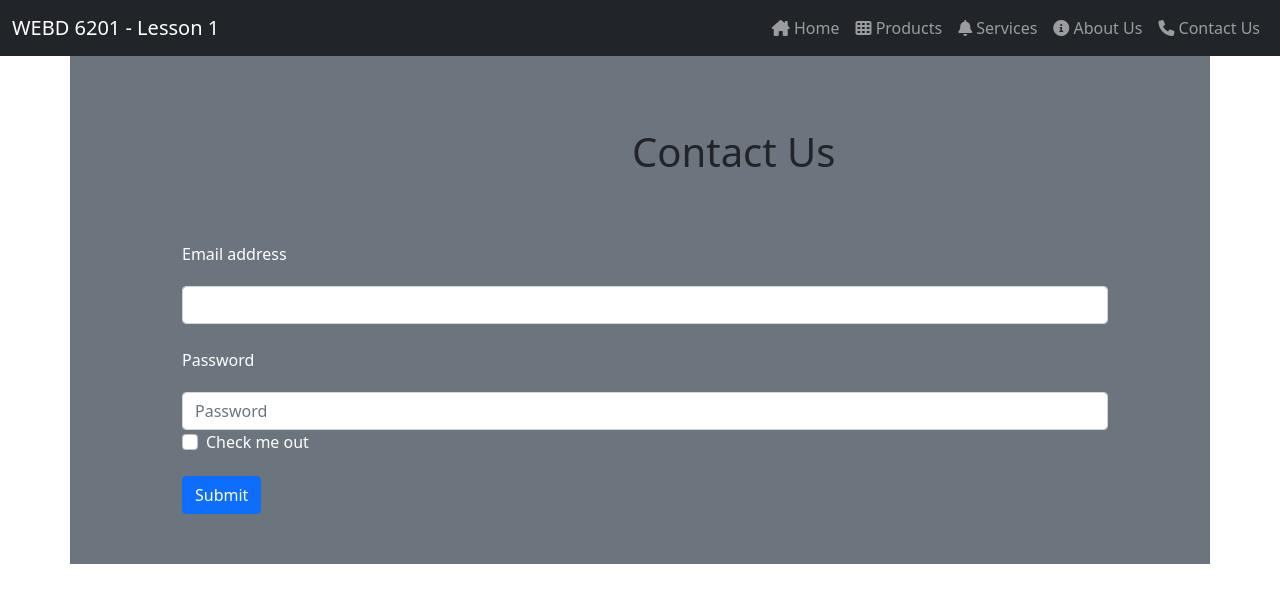
Repository: devanshudave1901/DevanshuDave_AngaranYogeswaranLab2
Page: contact.html
An editor plug-in stored every save of this project. The page is shown before and after the next save, followed by the edit.
The browser window is 1280 px wide. The pictures show the whole page.

Above is the page before, as saved 2022-02-10 12:23:37.

After the next save:
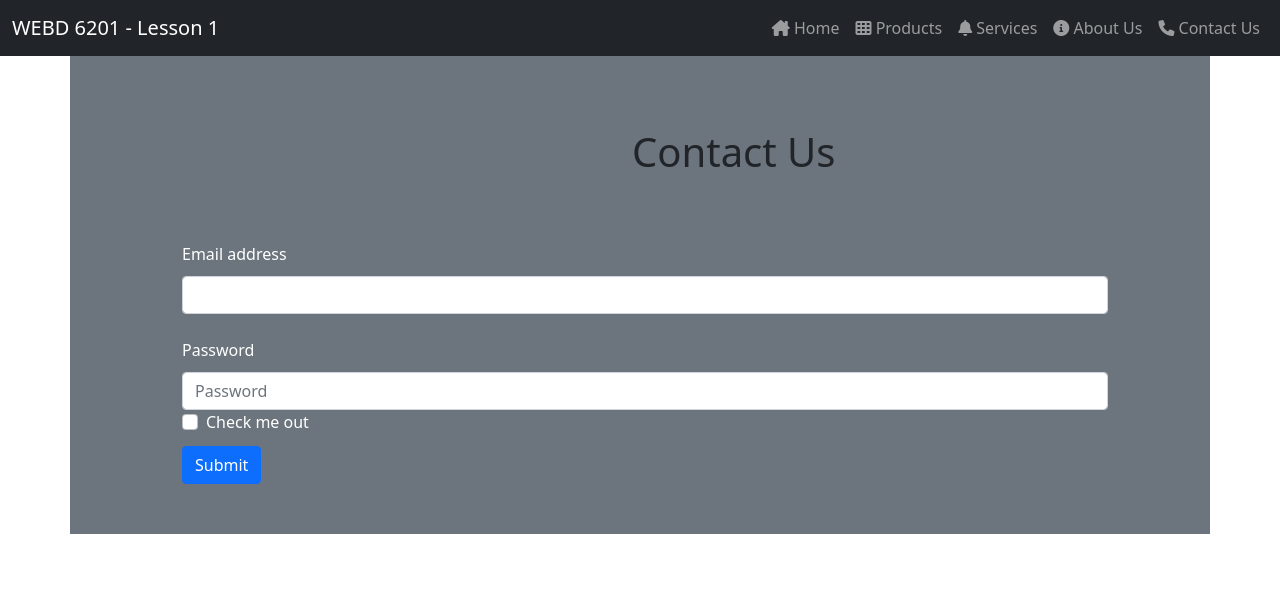
Saved 4 s later.
--- a/Content/app.css
+++ b/Content/app.css
@@ -3,7 +3,7 @@
 }
 #Contactform label {
   color: white;
-  padding-bottom: 20px;
+  padding-bottom: 10px;
 }
 
 .formInputBox {
